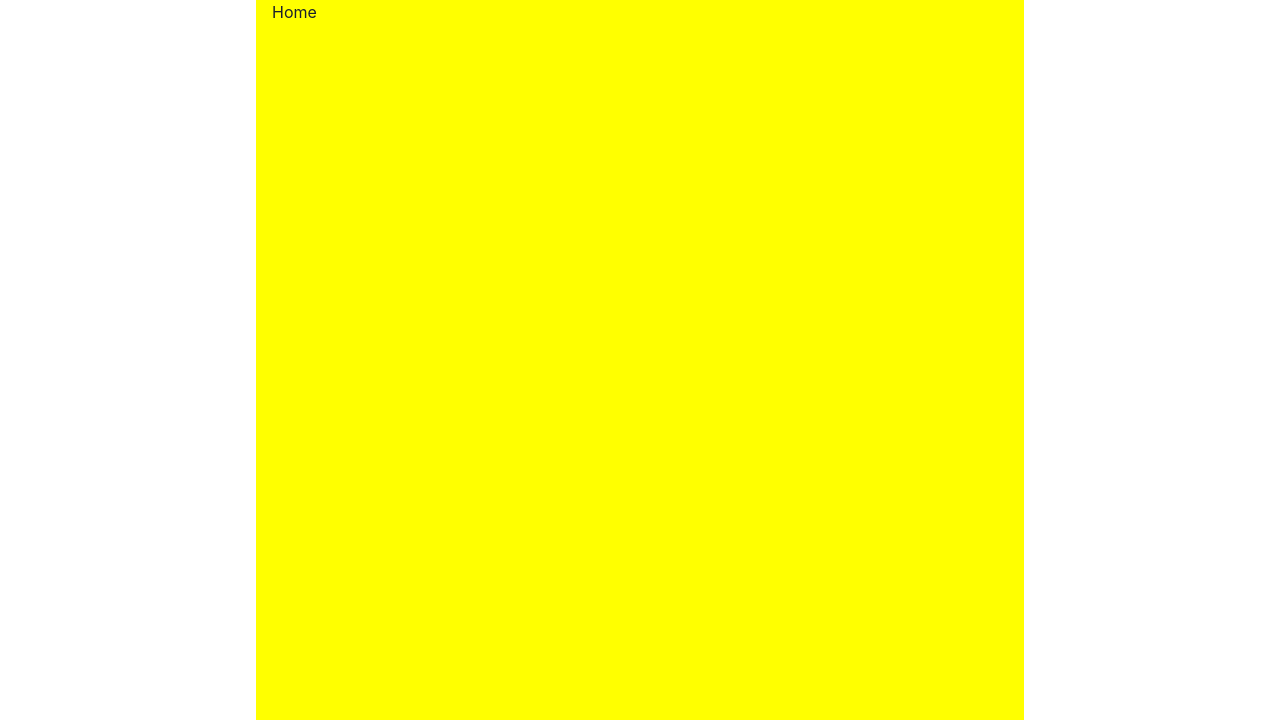
Repository: haileykwen/hanskering
Page: /
An editor plug-in stored every save of this project. The page is shown before and after the next save, followed by the edit.
The browser window is 1280 px wide. The pictures show the whole page.
The project was rebuilt for these pictures with package versions that can differ from the ones it lists, and the page was loaded fresh each time. Also part of the build but not shown: src/App.css, src/pages/Signin/index.js.

Above is the page before, as saved 2021-12-10 13:20:18.

### src/App.js
import './App.css';
import { Home, Signin, Signup } from './pages';

function App() {
  return (
    // <Signup />
    // <Signin />
    <Home />
  );
}

export default App;

### src/pages/index.js
import Signup from "./Signup";
import Signin from "./Signin";
import Home from "./Home";

export {
    Signup,
    Signin,
    Home
}

### src/pages/Home/index.js
import { Container } from '@chakra-ui/react'
import React from 'react'

const Home = () => {
    return (
        <Container minH="100vh" backgroundColor="yellow" maxW="3xl">
            Home
        </Container>
    )
}

export default Home

### src/pages/Signup/index.js
import { Button } from '@chakra-ui/button'
import { Input, InputGroup, InputRightElement } from '@chakra-ui/input'
import { Container, Heading } from '@chakra-ui/layout'
import React from 'react'

const Signup = () => {
    const [show, setShow] = React.useState(false)
    const [show2, setShow2] = React.useState(false)
    const handleClick = () => setShow(!show)
    const handleClick2 = () => setShow2(!show2)

    const [form, setForm] = React.useState({
        fullname: "",
        email: "",
        password: "",
        confirmPassword: ""
    });

    const onSignup = () => {
        console.log({form});
    }

    return (
        <Container minH="100vh" alignItems="center" justifyContent="center" centerContent>
            <Heading marginBottom="60px" lineHeight="100%">Buat akun dan mulai checkout sepatu-sepatu keren!</Heading>

            <Input placeholder='Email' focusBorderColor="black" value={form.email} onChange={(e) => setForm(...form, {email: e.target.value})} />
            <Input placeholder='Nama Lengkap' marginTop="5px" focusBorderColor="black" />
            <InputGroup marginTop="5px">
                <Input
                    focusBorderColor="black"
                    type={show ? 'text' : 'password'}
                    placeholder='Kata Sandi'
                />
                <InputRightElement width="4.5rem">
                    <Button h='1.75rem' size='xs' onClick={handleClick} _focus={{outline: "none"}}>
                        {show ? 'Tutup' : 'Lihat'}
                    </Button>
                </InputRightElement>
            </InputGroup>
            <InputGroup marginTop="5px">
                <Input
                    focusBorderColor="black"
                    type={show2 ? 'text' : 'password'}
                    placeholder='Masukkan Kembali Kata Sandi'
                />
                <InputRightElement width="4.5rem">
                    <Button h='1.75rem' size='xs' onClick={handleClick2} _focus={{outline: "none"}}>
                        {show2 ? 'Tutup' : 'Lihat'}
                    </Button>
                </InputRightElement>
            </InputGroup>

            <Button
                isLoading={false}
                loadingText='Submitting'
                marginTop="20px"
                width="100%"
                backgroundColor="black"
                transition="0.3s"
                color="white"
                _hover={{backgroundColor: "white", color: "black", border: "2px solid black", transition: "0.3s"}}
                _focus={{boxShadow: "none"}}
                onClick={onSignup}
            >
                Buat Akun
            </Button>
        </Container>
    )
}

export default Signup

Loaded but not shown: public/index.html (common file); src/index.js (common file); src/index.css (common file); src/reportWebVitals.js (common file)

After the next save:
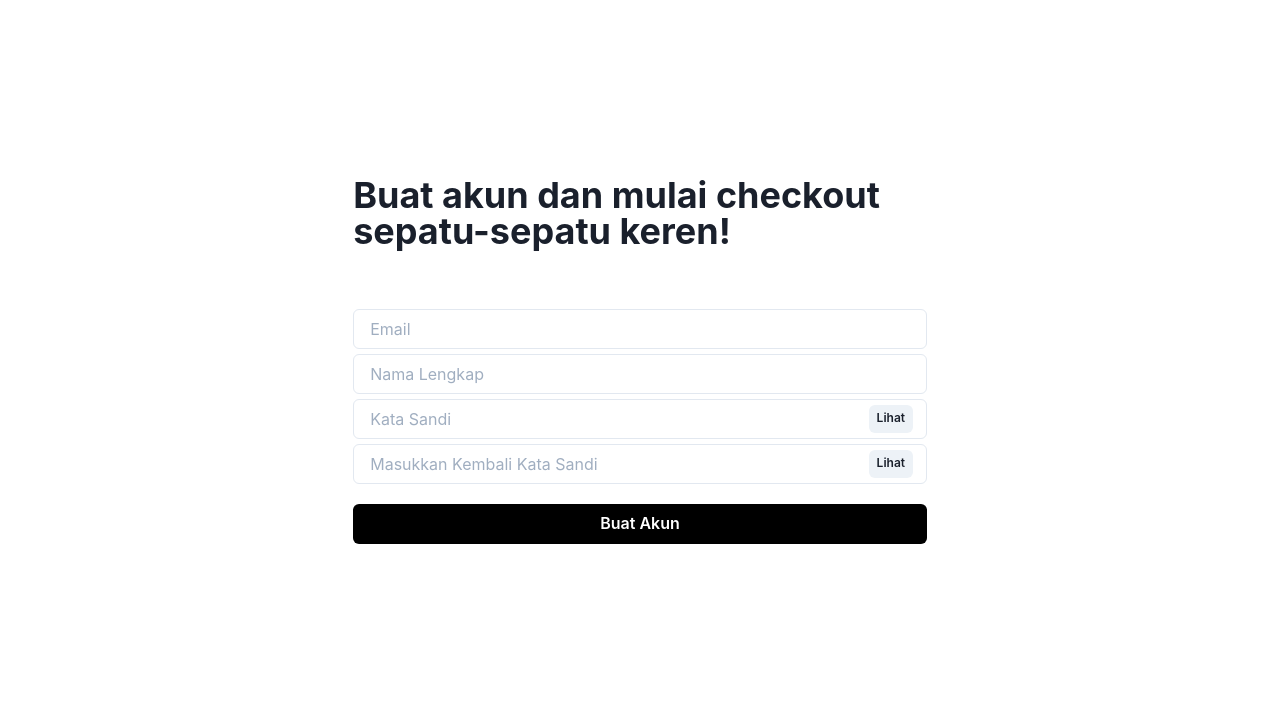
Saved 7 s later.
--- a/src/App.js
+++ b/src/App.js
@@ -3,9 +3,9 @@ import { Home, Signin, Signup } from './pages';
 
 function App() {
   return (
-    // <Signup />
+    <Signup />
     // <Signin />
-    <Home />
+    // <Home />
   );
 }
 
